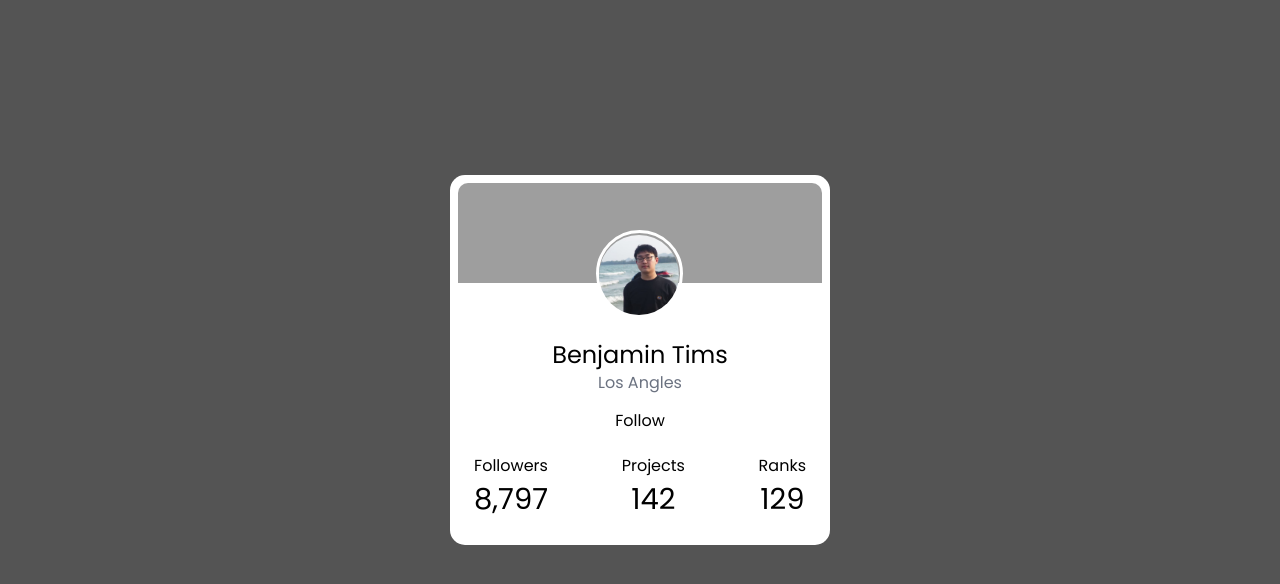
Repository: varotsk137/INT203_62130500080
Page: 62130500080_groupwork_2/myprofile.html
These files come from the project's save history. The page is drawn as it stood at one moment and after the next save; the edit follows.
The browser window is 1280 px wide. The pictures show the whole page.
Pictures or frames that could not be fetched are drawn as grey boxes.

Above is the page before, as saved 2021-02-03 10:58:42.

### 62130500080_groupwork_2/myprofile.html
<!DOCTYPE html>
<html lang="en">

<head>
  <meta charset="UTF-8" />
  <meta name="viewport" content="width=device-width, initial-scale=1.0" />
  <title>Basic Vue Js - HelloWorld App</title>

  <!-- https://google.github.io/material-design-icons/#icon-font-for-the-web -->
  <!-- Using via Google Web Fonts -->
  <link href="https://fonts.googleapis.com/icon?family=Material+Icons" rel="stylesheet" />

  <!-- https://tailwindcss.com/docs/installation -->
  <!-- Using Tailwind via CDN -->
  <link href="https://unpkg.com/tailwindcss@^2/dist/tailwind.min.css" rel="stylesheet" />

  <!-- https://v3.vuejs.org/guide/installation.html#release-notes -->
  <!-- Vue CDN -->
  <script src="https://unpkg.com/vue@next"></script>

  <style>
    @import url("https://fonts.googleapis.com/css2?family=Poppins:weight@100;200;300;400;500;600;700;800&display=swap");

    body {
      background-color: #545454;
      font-family: "Poppins", sans-serif;
      font-weight: 300
    }

    .container {
      height: 100vh
    }

    .card {
      width: 380px;
      border: none;
      border-radius: 15px;
      padding: 8px;
      background-color: #fff;
      position: relative;
      height: 370px
    }

    .upper {
      height: 100px
    }

    .upper img {
      width: 100%;
      border-top-left-radius: 10px;
      border-top-right-radius: 10px
    }

    .user {
      position: relative
    }

    .profile img {
      height: 80px;
      width: 80px;
      margin-top: 2px
    }

    .profile {
      position: absolute;
      top: -53px;
      left: 38%;
      height: 87px;
      width: 87px;
      border: 3px solid #fff;
      border-radius: 50%
    }

    .follow {
      border-radius: 15px;
      padding-left: 20px;
      padding-right: 20px;
      height: 35px
    }

    .stats span {
      font-size: 29px
    }
  </style>
</head>

<body>
  <div id="app" class="container flex justify-center items-center">
    <div class="card">
      <div class="upper"> <img :src="bg" class="h-full"> </div>
      <div class="user text-center justify-center">
        <div class="profile"> <img :src="me" class="rounded-full" width="80"> </div>
      </div>
      <div class="mt-14 text-center">
        <h4 class="mb-0 text-2xl">Benjamin Tims</h4> <span class="text-muted block mb-2 text-gray-500">Los Angles</span> <button
          class="follow">Follow</button>
        <div class="flex justify-between items-center mt-4 px-4">
          <div class="stats">
            <h6 class="mb-0">Followers</h6> <span>8,797</span>
          </div>
          <div class="stats">
            <h6 class="mb-0">Projects</h6> <span>142</span>
          </div>
          <div class="stats">
            <h6 class="mb-0">Ranks</h6> <span>129</span>
          </div>
        </div>
      </div>
    </div>
  </div>

  <!-- my main.js -->
  <script src="./profile.js"></script>
</body>

</html>

### 62130500080_groupwork_2/profile.js
const app = {
    data() {
        return {
                bg: "./images/bg.png"
            ,   me: "./images/me.jpg"

        }
    }
    ,created() {
        console.log("message is: "+this.msg)
    }
    , updated (){
        console.log("message change to: "+this.msg)
    }


}


var mountedApp = Vue.createApp(app).mount('#app');

After the next save:
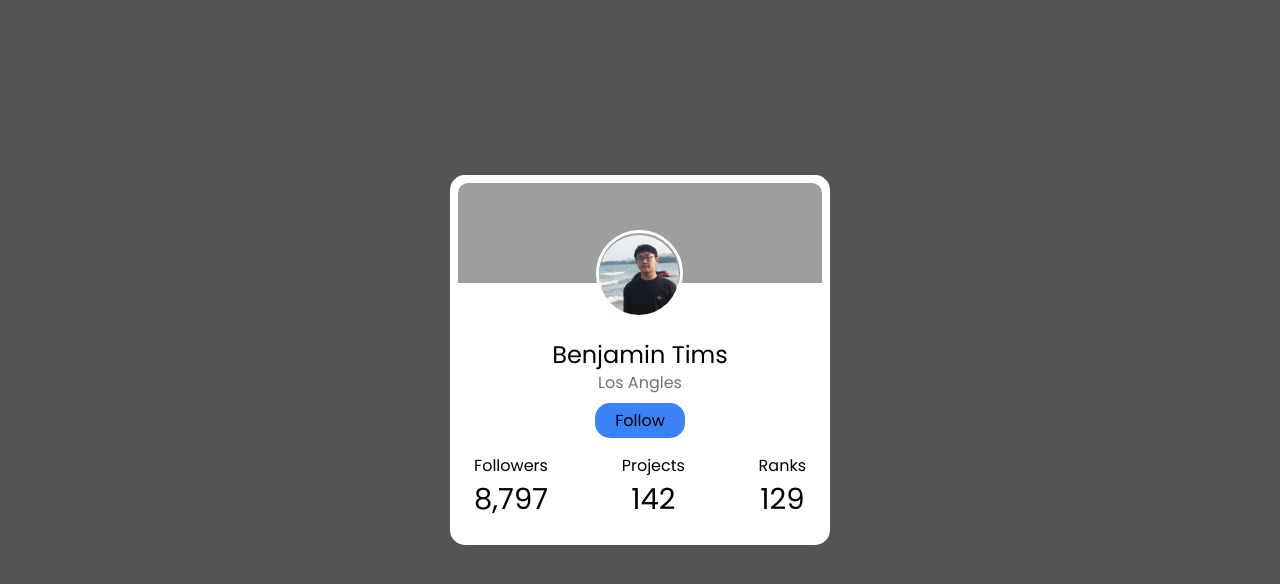
Saved 8 s later.
--- a/62130500080_groupwork_2/myprofile.html
+++ b/62130500080_groupwork_2/myprofile.html
@@ -93,7 +93,7 @@
       </div>
       <div class="mt-14 text-center">
         <h4 class="mb-0 text-2xl">Benjamin Tims</h4> <span class="text-muted block mb-2 text-gray-500">Los Angles</span> <button
-          class="follow">Follow</button>
+          class="follow bg-blue-500">Follow</button>
         <div class="flex justify-between items-center mt-4 px-4">
           <div class="stats">
             <h6 class="mb-0">Followers</h6> <span>8,797</span>
